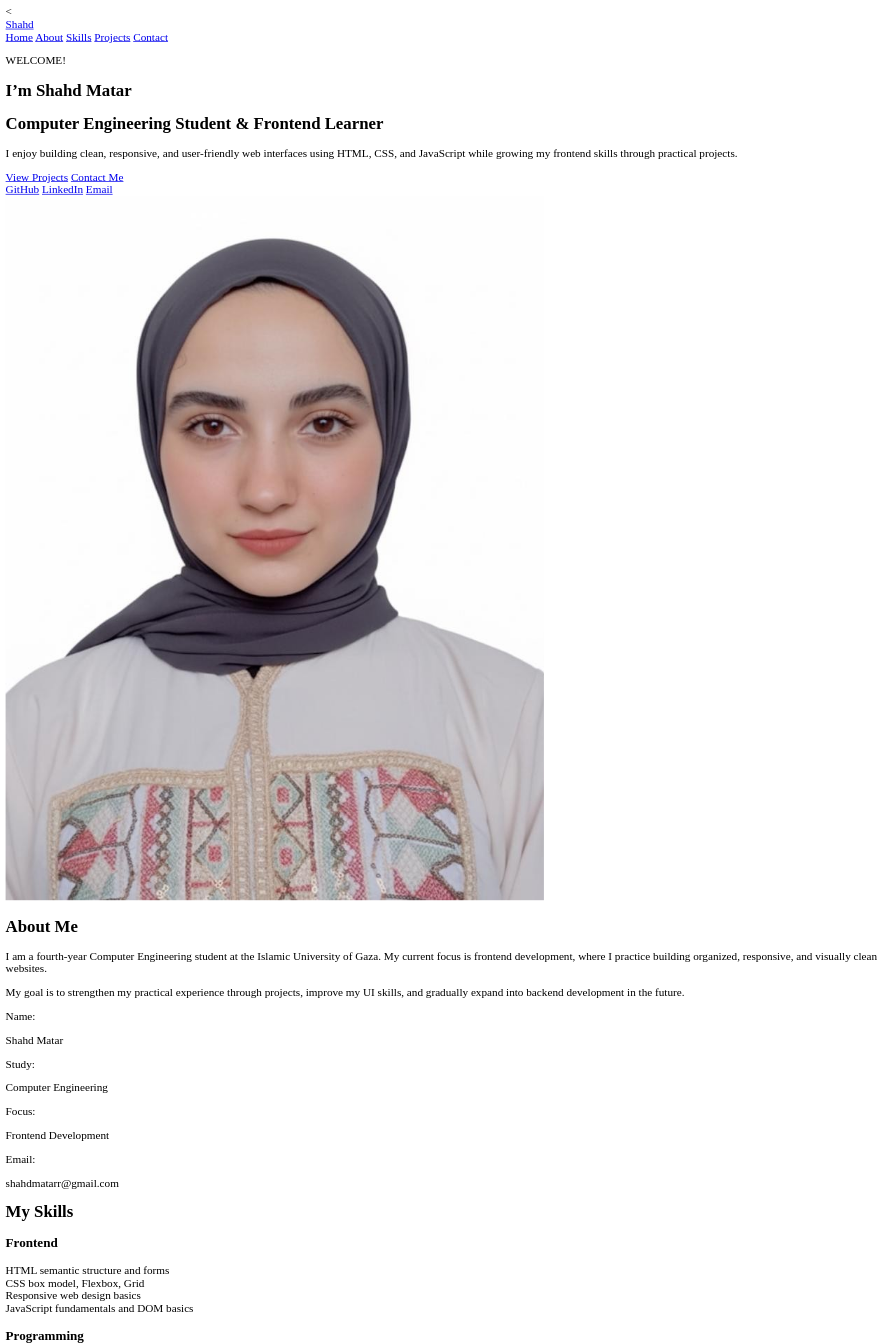
Repository: shahdmattar/personal-landing-page
Page: index.html
The author's editor kept a copy of each file at every save. The page is drawn from the files as they stood at one save, then again after the next save.
The browser window is 1280 px wide. The pictures show the part of the page from y = 0 to 1920 px (the page is 3320 px tall before and 3058 px after), at 70% of full size.
A picture or video elsewhere on the page could not be fetched, so the positions and the page height are approximate.

Above is the page before, as saved 2026-04-14 22:22:07.

After the next save:
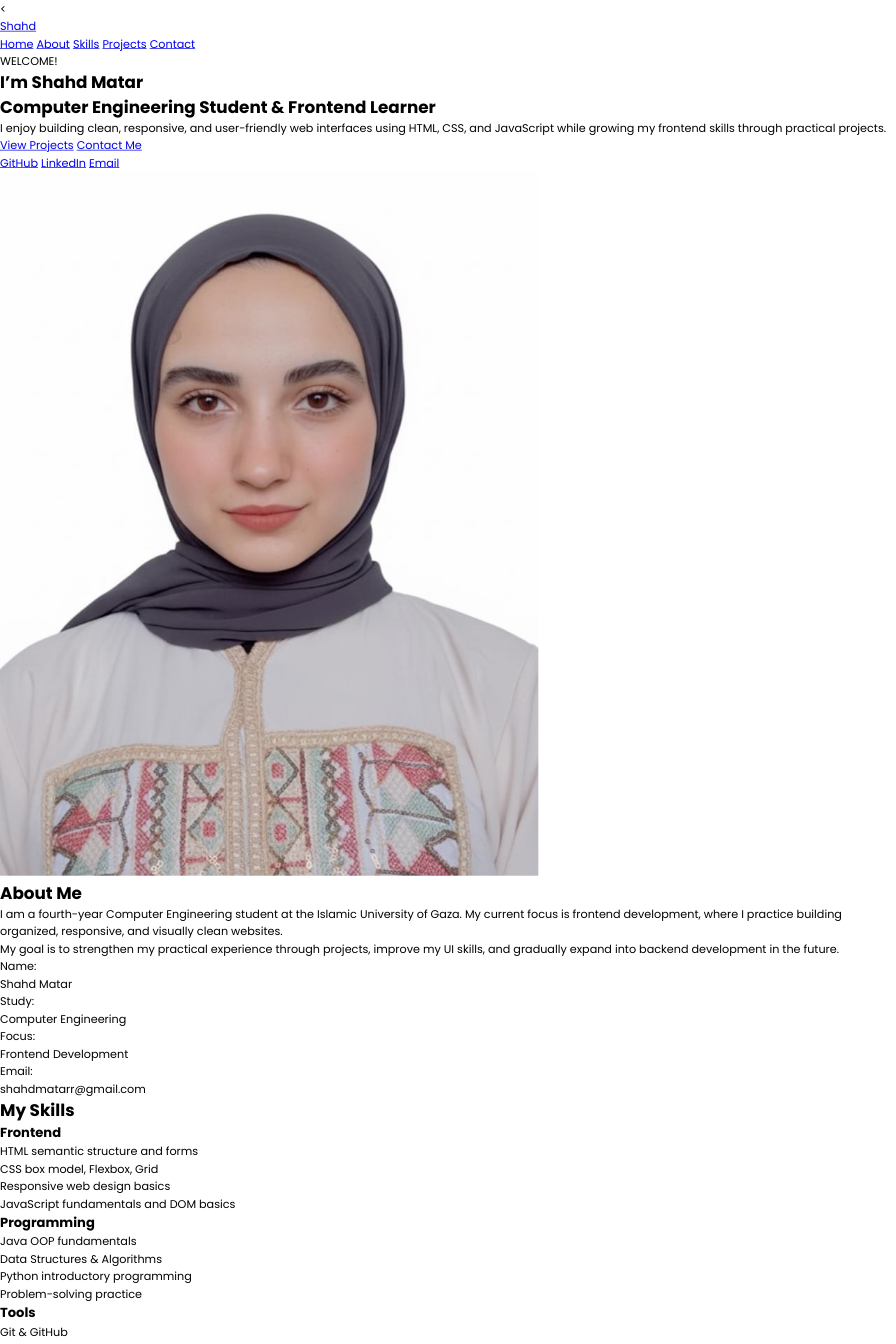
Saved 29 s later.
--- a/style.css
+++ b/style.css
@@ -1,7 +1,7 @@
 @import url('https://fonts.googleapis.com/css2?family=Dancing+Script:wght@400..700&family=Poppins:ital,wght@0,100;0,200;0,300;0,400;0,500;0,600;0,700;0,800;0,900;1,100;1,200;1,300;1,400;1,500;1,600;1,700;1,800;1,900&display=swap');
 
 * {
-  font-family:
+  font-family:"Poppins", sans-serif;
   margin: 0;
   padding: 0;
   box-sizing: border-box;
